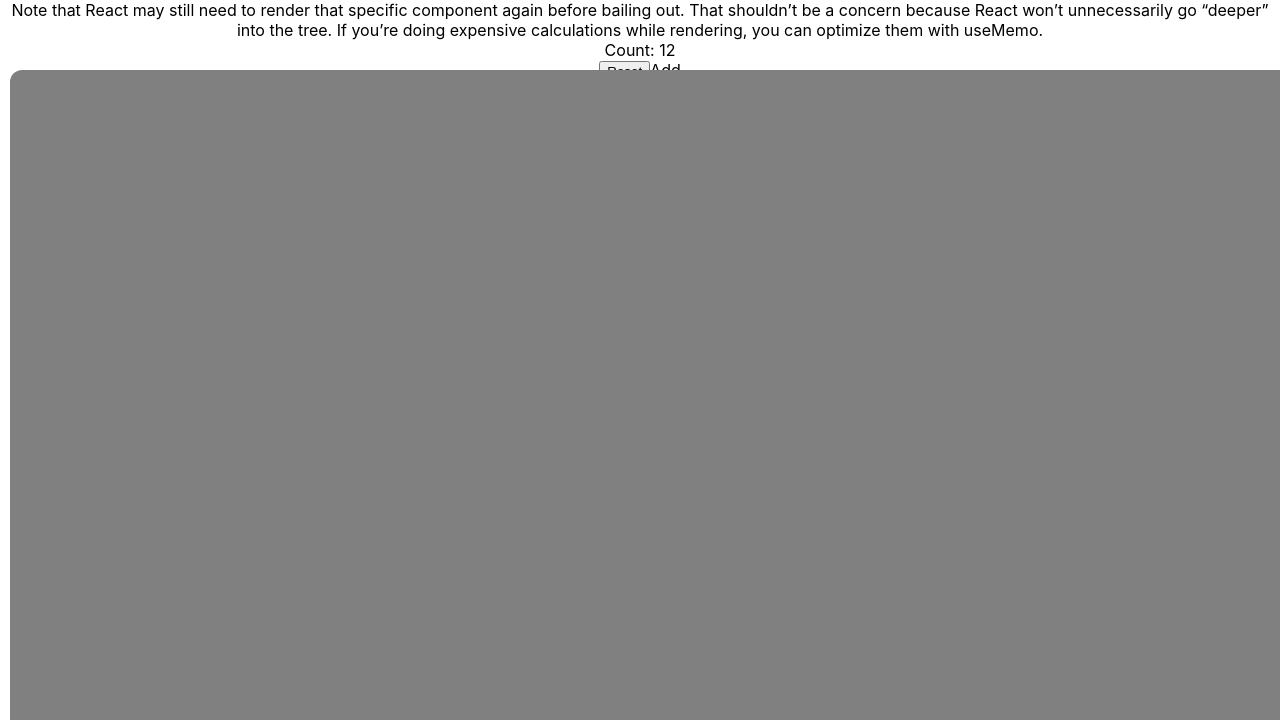
Repository: Farbod29/React-text-highlighter-with-hook-
Page: /
The author's editor kept a copy of each file at every save. The page is drawn from the files as they stood at one save, then again after a run of saves.
The browser window is 1280 px wide. The pictures show the whole page.
The project was rebuilt for these pictures with package versions that can differ from the ones it lists, and the page was loaded fresh each time.

Above is the page before, as saved 2022-02-18 21:06:15.

After the next 2 saves:
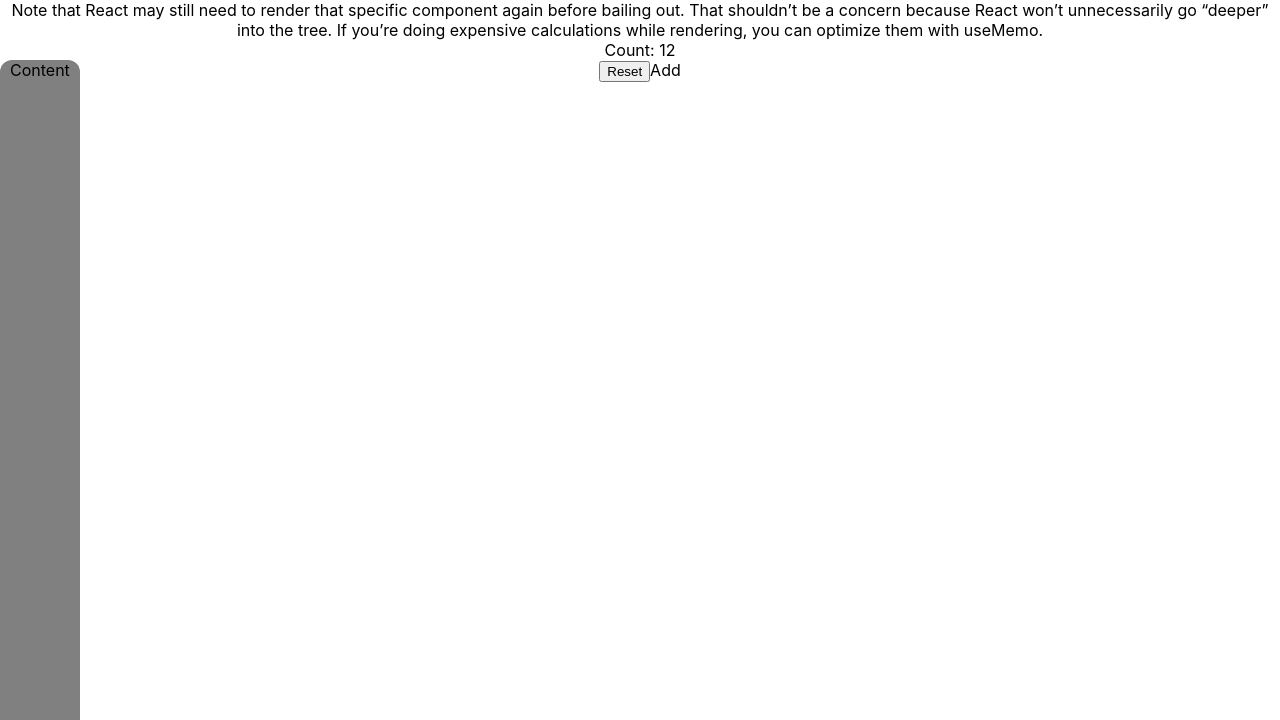
The 2 saves are shown as one change because they came seconds apart.
The last was saved 18 s later.
--- a/src/highlighter.js
+++ b/src/highlighter.js
@@ -24,8 +24,8 @@ export default function Highlighter() {
             padding: '0px 10px',
             position: 'fixed',
             height: '100vi',
-            width: '500vi',
-            margin: '10px',
+            width: '500 vi',
+            margin: '20x',
             borderRadius: '12px',
             backgroundColor: 'gray',
             inline: true,
